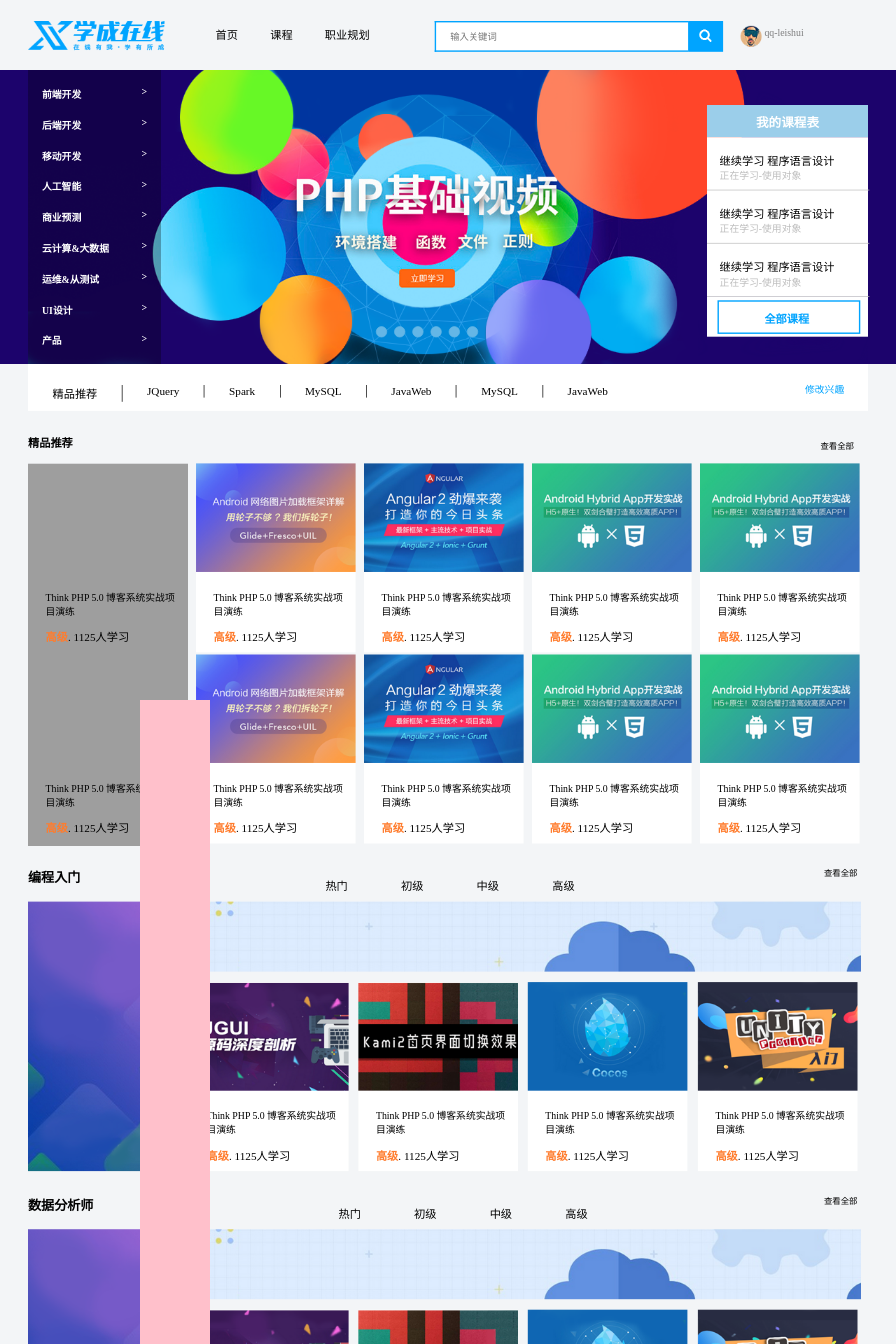
Repository: try-18/web-page-1
Page: index.html
These files come from the project's save history. The page is drawn as it stood at one moment and after the next save; the edit follows.
The browser window is 1280 px wide. The pictures show the part of the page from y = 0 to 1920 px (the page is 3340 px tall), at 70% of full size.
Pictures or frames that could not be fetched are drawn as grey boxes.

Above is the page before, as saved 2021-11-02 11:48:07.

After the next save:
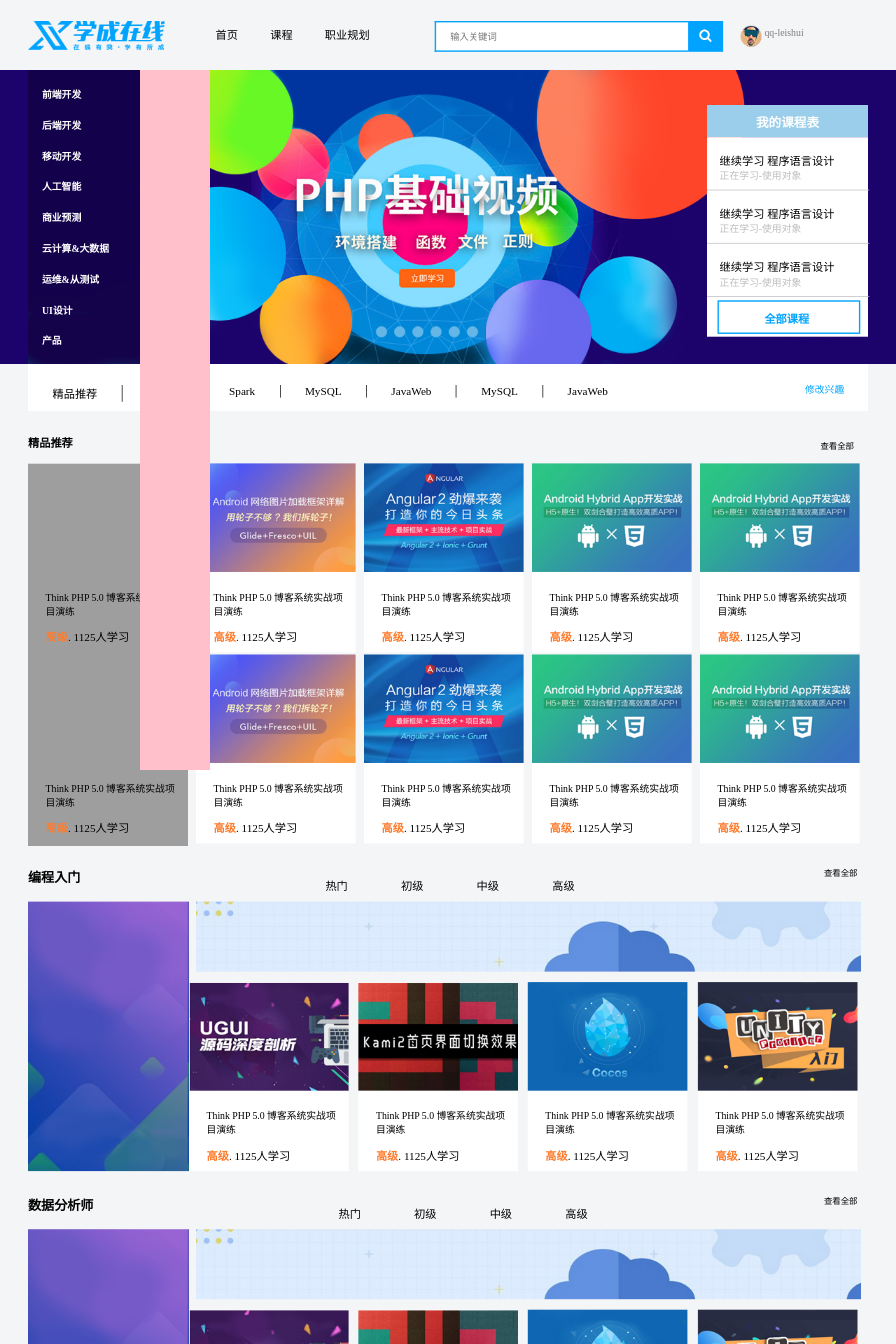
Saved 22 s later.
--- a/index.css
+++ b/index.css
@@ -606,7 +606,7 @@
     width: 100px;
     height: 1000px;
     position: fixed;
-    top: 1000px;
+    top: 100px;
     left: 200px;
     background-color: pink;
 }
